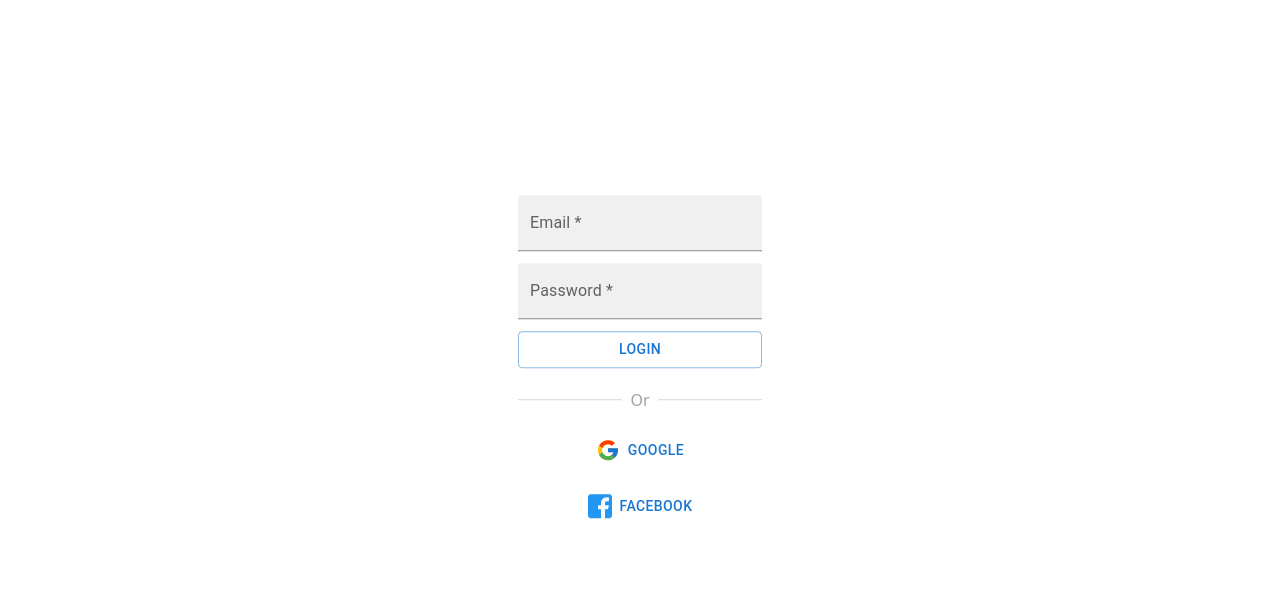
Repository: satya-ranjon/Instagram-clone-dev
Page: /login
An editor plug-in stored every save of this project. The page is shown before and after the next save, followed by the edit.
The browser window is 1280 px wide. The pictures show the whole page.
The project was rebuilt for these pictures with package versions that can differ from the ones it lists, and the page was loaded fresh each time. Also part of the build but not shown: src/components/PostDetiels/PostDetielPost.jsx, src/components/PostDetiels/PostDetielsHader.jsx, src/components/PostDetiels/SingleComment.jsx, src/components/PostDetiels/CommentDetiels.jsx, src/components/PostDetiels/Comment.jsx, src/components/PostDetiels/PostDitelsFooter.jsx, src/components/PostDetiels/PostDetielsContainer.jsx, src/components/Expolor/ExpolorPost.jsx and 37 more.

Above is the page before, as saved 2022-04-25 17:25:51.

After the next save:
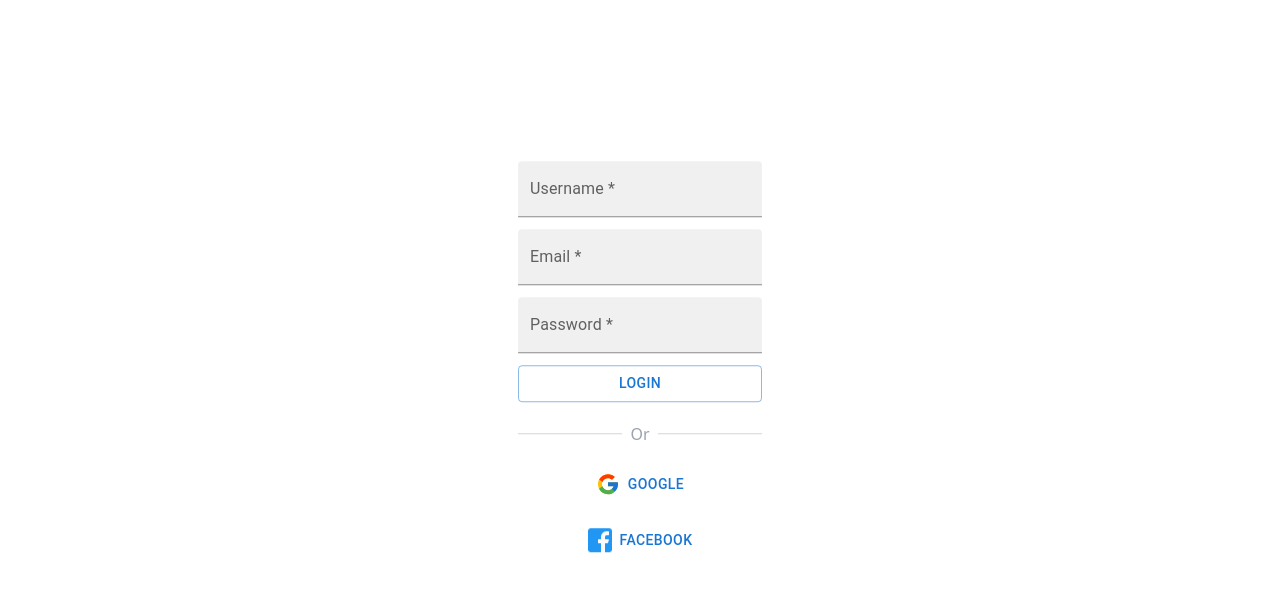
Saved 35 s later.
--- a/src/components/Login.jsx
+++ b/src/components/Login.jsx
@@ -22,6 +22,13 @@ export default function Login() {
       <div className="login__box">
         <div className=" space-y-5">
           <form className=" space-y-3">
+            <TextField
+              className="w-full"
+              id="filled-basic"
+              label="Username *"
+              variant="filled"
+            />
+            <br />
             <TextField
               className="w-full"
               id="filled-basic"
